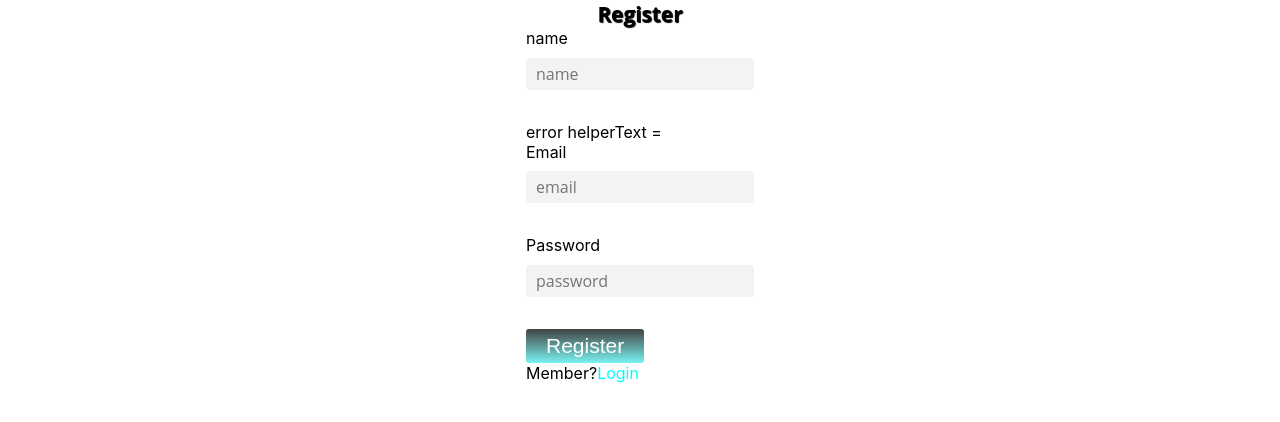
Repository: CSituma/React-Express-Form-Logic
Page: /register (app in client/)
The author's editor kept a copy of each file at every save. The page is drawn from the files as they stood at one save, then again after a run of saves.
The browser window is 1280 px wide. The pictures show the whole page.
The project was rebuilt for these pictures with package versions that can differ from the ones it lists, and the page was loaded fresh each time. Also part of the build but not shown: client/src/components/login/login.jsx, client/src/components/login/dashboard.jsx.

Above is the page before, as saved 2020-11-30 12:22:24.

### client/src/App.jsx
import React from 'react'
import Login from "./components/login/login"
import Dashboard from "./components/login/dashboard"
import Register from "./components/login/register"

import {BrowserRouter as Router, Switch,Route} from "react-router-dom";

const App =()=> {



    return (
      <Router>
        <Switch>

        <Route path='/' exact component={Login}/>
        <Route path='/dashboard' exact component={Dashboard}/>
        <Route path='/register' exact component={Register}/>


       </Switch>
      </Router>
    )

}

export default App;

### client/src/components/login/register.jsx
import React, { Component } from "react";
import "./style.scss";
import axios from "axios";
import {Link} from "react-router-dom"
import  "@material-ui/core"



export default class Register extends Component {


state = {
username:"",
usernameerror:"",
email:"",
emailerror:"",
password:"",
passworderrors:"",
errors:'',

  }

handleChange = (e) =>{

  this.setState({[e.target.name]:e.target.value})


  }

validatefields = (e) =>{
  let errors = {}
  let isError = false

  if (!this.state.username.trim()) {
    isError = true;
    errors.username = 'Username is required';
  }
   else if (!/^[A-Za-z]+/.test(this.state.username.trim())) {
     isError = true
    errors.name = 'Enter a valid name';
  }


  if (!this.state.email) {
    isError = true;
    errors.email = 'Email required';
  }
  else if (!/\S+@\S+\.\S+/.test(this.state.email)) {
    isError = true;
    errors.email = 'Email address is invalid';
  }

  if (!this.state.password) {
    isError = true;
    errors.password = 'Password is required';
  }
   else if (this.state.password.length < 6) {
    isError = true;
    errors.password = 'Password needs to be atleast 6 characters';
  }

    if(isError){this.setState({...errors,...this.state})}

  return isError;


}
   submit = (e) =>{
    e.preventDefault();

   const error = this.validatefields()

   if (!error){
    const payload = {
       username:this.state.username,
      email:this.state.email,
      password:this.state.password,

    }

  axios({
    url: '/api/login/loginuser',
    method: 'POST',
    data: payload
  })
    .then(()=> {
      console.log('user has been sent to the server')
      this.delete();
    })
    .catch(err => {
      console.log(err.message);
    });
    }
   }

  delete = () => {
    this.setState({
      name: '',
      email:'',
      password: '',
    });
  };

  render() {
  console.log(this.state)

    return (
      <div className="form-container">
        <div className="header">Register</div>
        <div className="content">
          <form className="form" onSubmit = {this.submit} >
            <div className="form-group">
              <label htmlFor="name">name</label>
              <input type="text" name="username"
               value = {this.state.username}
               onChange={this.handleChange} placeholder="name" />
               error
               helperText
               ={this.state.usernameerror}
            </div>

            <div className="form-group">
              <label htmlFor="email">Email</label>
              <input type="email" name="email"placeholder="email" autoComplete="true" value= {this.state.email} onChange={this.handleChange} />
            </div>

            <div className="form-group">
              <label htmlFor="password">Password</label>
              <input type="password" name="password"placeholder="password" autoComplete="true" value= {this.state.password} onChange={this.handleChange} />
            </div>


             <button className="btn">Register </button>


          </form>
          <div className="toggler">
            Member?
          <Link to ="./">Login</Link>
          </div>
        </div>



      </div>
    );
    }
}

### client/src/components/login/style.scss
.form-container {
  width:100%;
  display: flex;
  height:400px;
  flex-direction: column;
  align-items: center;
  margin: 0;

  .header {
    font-size: 1.3rem;
    margin-top: 0;
    font-weight:bold;
    text-shadow:1px 1px 1px black;
    font-family: "Open Sans", sans-serif;
  }

  .content {
    display: flex;
    flex-direction: column;

    .image {
      width:150px;
      img {
        max-width: 100%;
      }
    }

    .form {
      align-items: center;
      .form-group {
        display: flex;
        flex-direction: column;
        align-items: flex-start;
        width: fit-content;
        label {
          font-size:1rem;
        }
        input {
          margin-top:0.6rem;
          max-width:20em;
          height:2rem;
          padding: 0px 10px;
          font-size: 1rem;
          font-family: "Open Sans", sans-serif;
          background-color: #f3f3f3;
          border: 0;
          border-radius: 4px;
          margin-bottom:2rem;
          transition: all 250ms ease-in-out;


          &:focus {
            outline: none;
            box-shadow: 0px 0px 12px 0.8px rgba(0, 0, 0, 0.356);
          }
        }
      }
    }
  }

  .footer {
    margin-top:1em;
  }
}

//Button
.btn {
  font-size: 21px;
  margin-top:0;
  padding: 5px 20px;
  border: 0;
  background:linear-gradient(rgba(0, 0, 0, 0.74),rgba(64, 236, 236, 0.698));
  color: #fff;
  border-radius: 3px;
  transition: all 250ms ease-in-out;
  cursor: pointer;
  &:hover {
    transition: 2s;
    background:black;
  }
  &:focus {
    outline: none;
  }
}
.toggler a{
text-decoration: none;
color:aqua;
}

Loaded but not shown: client/public/index.html (common file); client/src/index.js (common file); client/src/index.css (common file); client/src/reportWebVitals.js (common file)

After the next 2 saves:
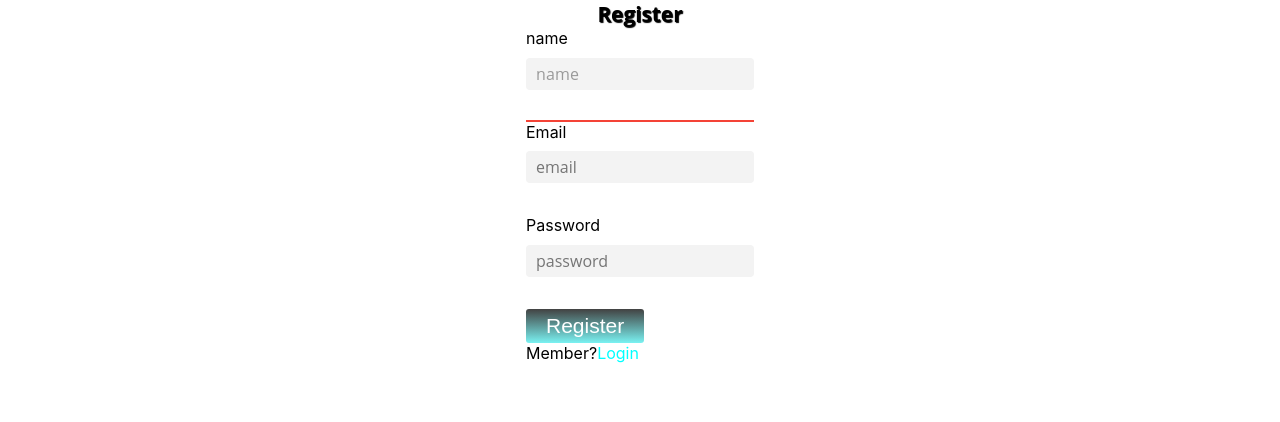
The 2 saves are shown as one change because 1 did not build or start.
The last was saved 9 min 12 s later.
--- a/client/src/components/login/register.jsx
+++ b/client/src/components/login/register.jsx
@@ -2,7 +2,7 @@ import React, { Component } from "react";
 import "./style.scss";
 import axios from "axios";
 import {Link} from "react-router-dom"
-import  "@material-ui/core"
+import {TextField} from "@material-ui/core"
 
 
 
@@ -111,12 +111,16 @@ validatefields = (e) =>{
           <form className="form" onSubmit = {this.submit} >
             <div className="form-group">
               <label htmlFor="name">name</label>
-              <input type="text" name="username"
+              <TextField
+                input type="text" name="username"
                value = {this.state.username}
-               onChange={this.handleChange} placeholder="name" />
+               onChange={this.handleChange} placeholder="name"
                error
                helperText
                ={this.state.usernameerror}
+
+               />
+
             </div>
 
             <div className="form-group">
